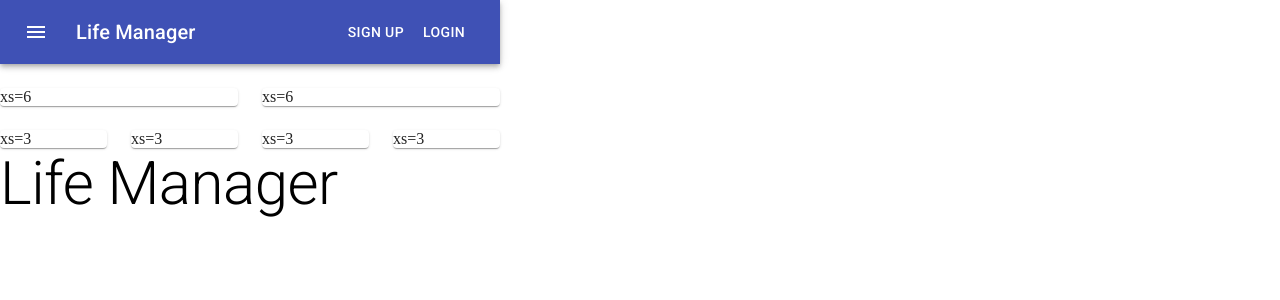
Repository: DaNiels89/lifemanagerreact
Page: /food
These files come from the project's save history. The page is drawn as it stood at one moment and after the next save; the edit follows.
The browser window is 1280 px wide. The pictures show the whole page.
The project was rebuilt for these pictures with package versions that can differ from the ones it lists, and the page was loaded fresh each time.

Above is the page before, as saved 2020-03-13 14:20:08.

### public/index.html
<!DOCTYPE html>
<html lang="en">
  <head>
    <meta charset="utf-8" />
    <link rel="icon" href="%PUBLIC_URL%/favicon.ico" />
    <meta name="viewport" content="width=device-width, initial-scale=1" />
    <meta name="theme-color" content="#000000" />
    <meta
      name="description"
      content="Web site created using create-react-app"
    />
    <link rel="apple-touch-icon" href="%PUBLIC_URL%/logo192.png" />
    <link rel="manifest" href="%PUBLIC_URL%/manifest.json" />
    <title>Life Manager</title>
  </head>
  <body>
    <noscript>You need to enable JavaScript to run this app.</noscript>
    <div id="root"></div>
  </body>
</html>

### src/App.js
import React from 'react';
import Header from './components/layout/Header';

import 'typeface-roboto';
import Grid from '@material-ui/core/Grid';
import Paper from '@material-ui/core/Paper';
import Typography from '@material-ui/core/Typography';
import { makeStyles } from '@material-ui/core/styles';
import './App.css';

const useStyles = makeStyles({
  main: {
    width: '100%',
    maxWidth: 500
  }
});

export default function App() {
  const classes = useStyles();

  return (
    <div className={classes.main}>
      <Grid container spacing={3}>
        <Grid item xs={12}>
          <Header />
        </Grid>
        <Grid item xs={6}>
          <Paper className={classes.paper}>xs=6</Paper>
        </Grid>
        <Grid item xs={6}>
          <Paper className={classes.paper}>xs=6</Paper>
        </Grid>
        <Grid item xs={3}>
          <Paper className={classes.paper}>xs=3</Paper>
        </Grid>
        <Grid item xs={3}>
          <Paper className={classes.paper}>xs=3</Paper>
        </Grid>
        <Grid item xs={3}>
          <Paper className={classes.paper}>xs=3</Paper>
        </Grid>
        <Grid item xs={3}>
          <Paper className={classes.paper}>xs=3</Paper>
        </Grid>
      </Grid>

      <Typography variant="h2" gutterBottom>
        Life Manager
      </Typography>
    </div>
  );
}

### src/components/layout/Header.js
import React from 'react';
import { makeStyles } from '@material-ui/core/styles';
import AppBar from '@material-ui/core/AppBar';
import Toolbar from '@material-ui/core/Toolbar';
import Typography from '@material-ui/core/Typography';
import Button from '@material-ui/core/Button';
import IconButton from '@material-ui/core/IconButton';
import MenuIcon from '@material-ui/icons/Menu';

const useStyles = makeStyles(theme => ({
  root: {
    flexGrow: 1
  },
  menuButton: {
    marginRight: theme.spacing(2)
  },
  title: {
    flexGrow: 1
  }
}));

export default function Header() {
  const classes = useStyles();

  return (
    <div className={classes.root}>
      <AppBar position="static">
        <Toolbar>
          <IconButton
            edge="start"
            className={classes.menuButton}
            color="inherit"
            aria-label="menu"
          >
            <MenuIcon />
          </IconButton>
          <Typography variant="h6" className={classes.title}>
            Life Manager
          </Typography>
          <Button color="inherit">Sign up</Button>
          <Button color="inherit">Login</Button>
        </Toolbar>
      </AppBar>
    </div>
  );
}

Loaded but not shown: src/index.js (common file); src/App.css (common file)

After the next save:
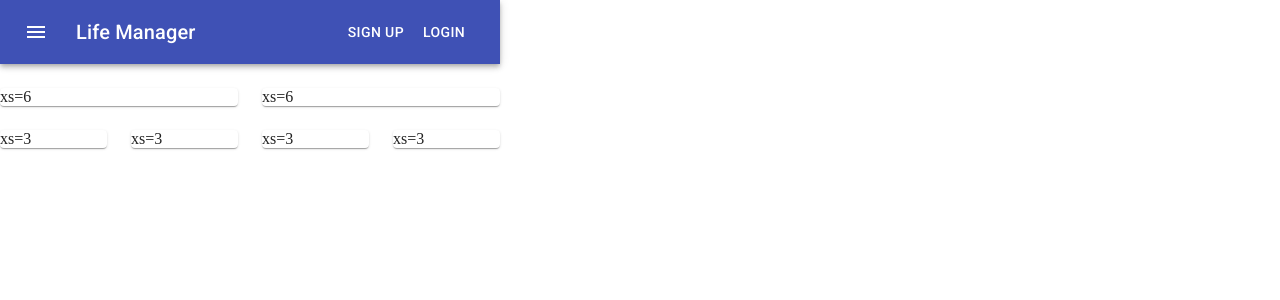
Saved 11 s later.
--- a/src/App.js
+++ b/src/App.js
@@ -43,10 +43,6 @@ export default function App() {
           <Paper className={classes.paper}>xs=3</Paper>
         </Grid>
       </Grid>
-
-      <Typography variant="h2" gutterBottom>
-        Life Manager
-      </Typography>
     </div>
   );
 }
